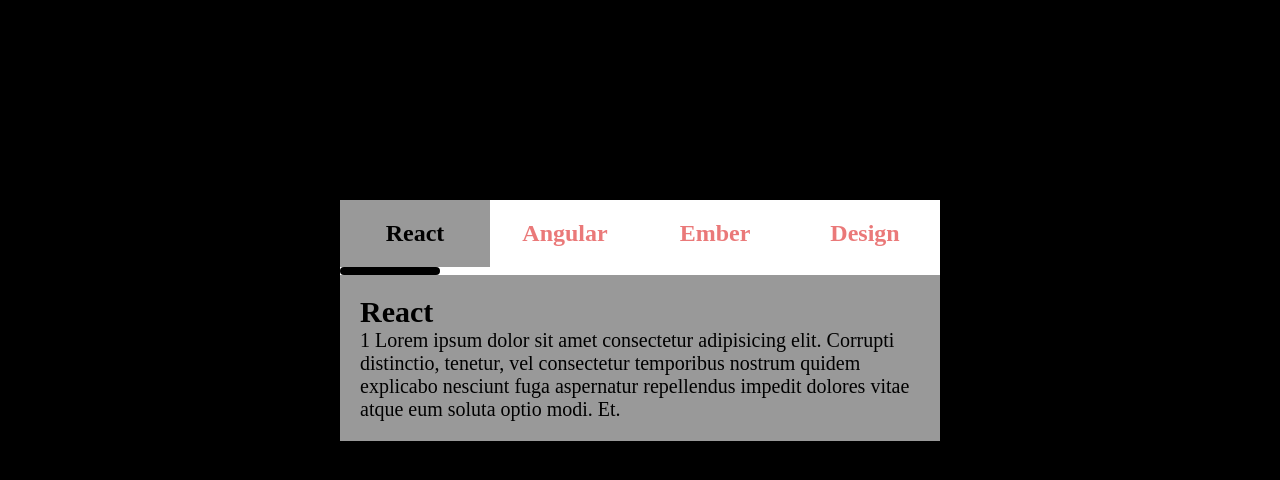
Repository: PCTai/javascript-coban
Page: tab UI/index.html
These files come from the project's save history. The page is drawn as it stood at one moment and after the next save; the edit follows.
The browser window is 1280 px wide. The pictures show the whole page.
The pointer rests on the first visible `.tab-item`.

Above is the page before, as saved 2022-02-10 09:12:57.

After the next save:
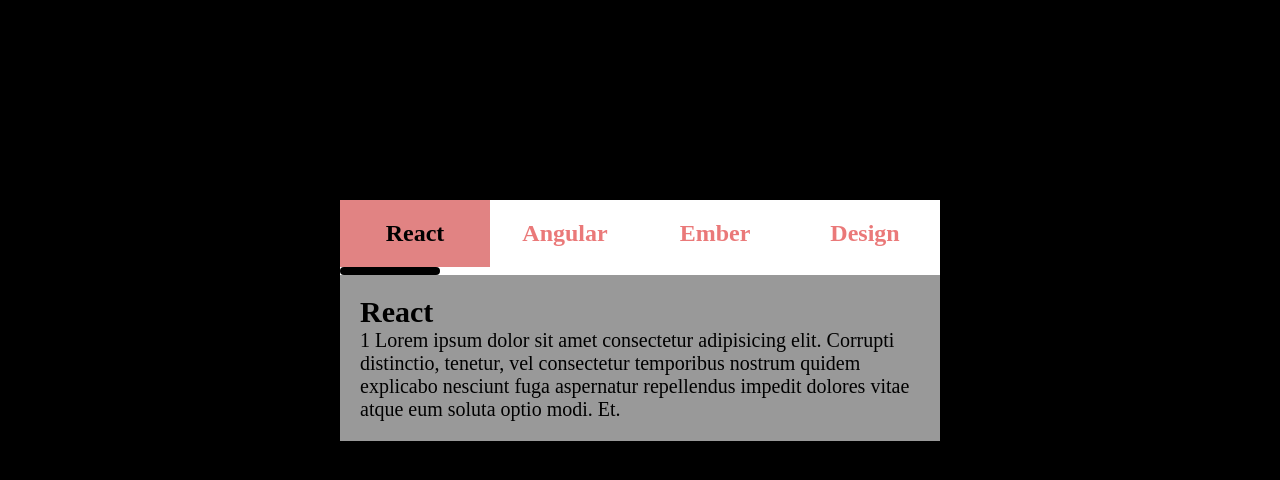
Saved 26 s later.
--- a/tab UI/style.css
+++ b/tab UI/style.css
@@ -28,7 +28,7 @@
 .tab-item:hover{
     opacity: 100%;
     color: #000;
-    background-color: #999;
+    background-color: rgb(225, 131, 131);
 }
 .tab-line{
     width: 100px;
